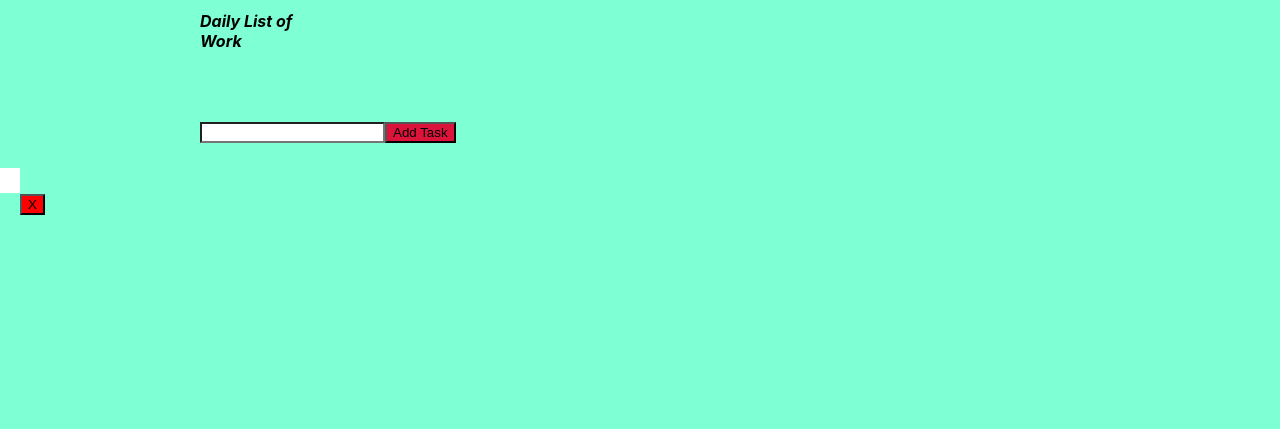
Repository: iamjayenmthakuri/todolist
Page: /, after clicking the first element matching `button.button`
The author's editor kept a copy of each file at every save. The page is drawn from the files as they stood at one save, then again after the next save.
The browser window is 1280 px wide. The pictures show the whole page.
The project was rebuilt for these pictures with package versions that can differ from the ones it lists, and the page was loaded fresh each time.

Above is the page before, as saved 2022-09-19 10:35:50.

After the next save:
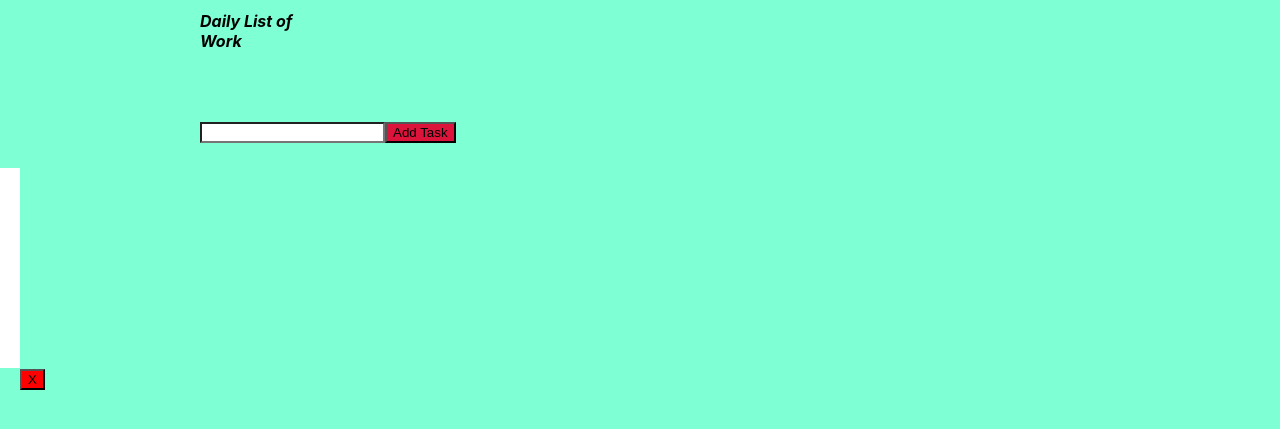
Saved 10 s later.
--- a/src/App.css
+++ b/src/App.css
@@ -15,7 +15,7 @@ body{
 }
 .container{
   background-color: white;
-  height:25px;
+  height:200px;
   width:20px;
   margin-bottom: auto;
   margin-top: auto;
